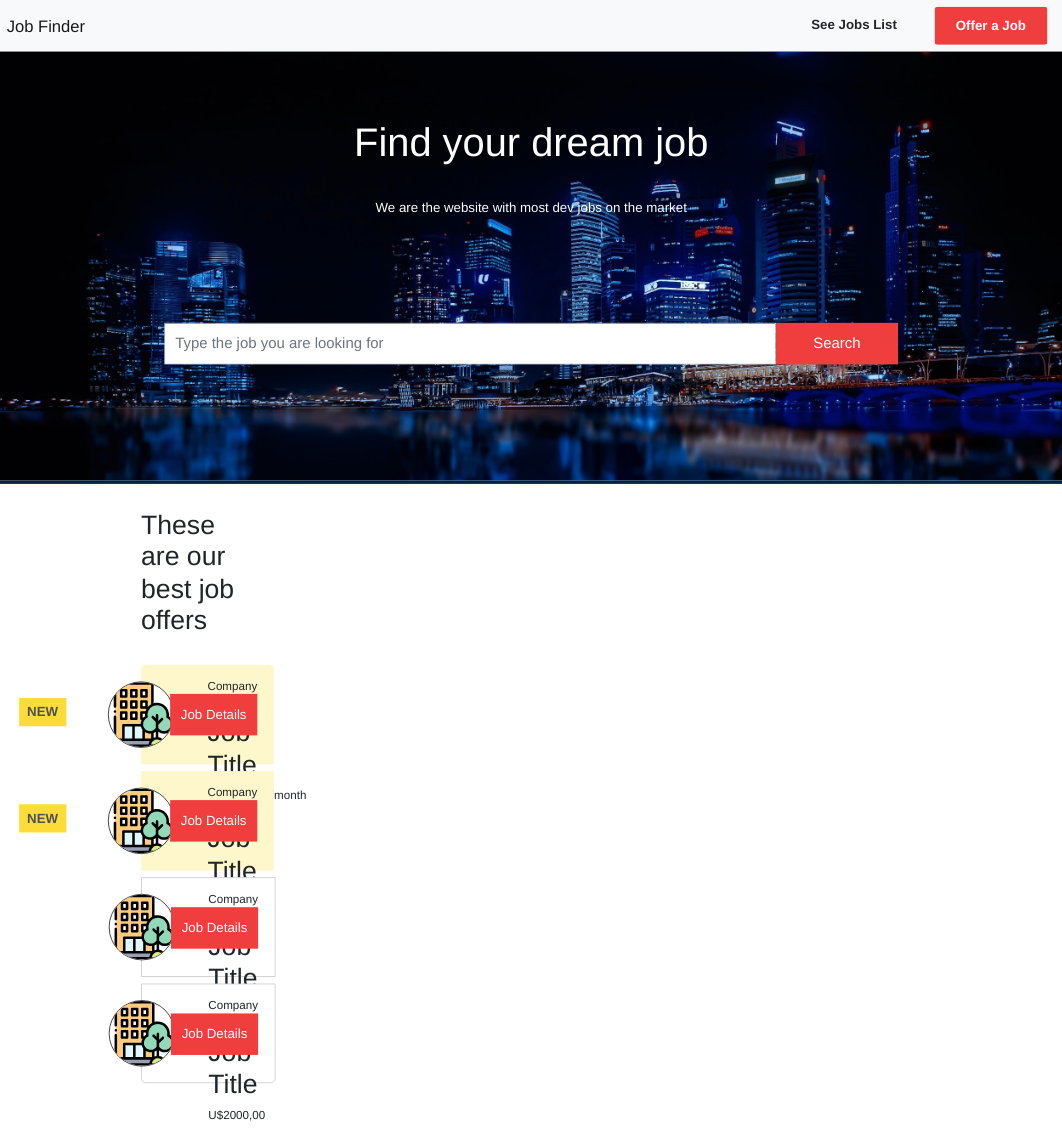
Repository: doncsar/couse-jobfinder-app
Page: templates/index.html
An editor plug-in stored every save of this project. The page is shown before and after the next save, followed by the edit.
The browser window is 1280 px wide. The pictures show the whole page, at 83% of full size.

Above is the page before, as saved 2023-12-20 19:43:23.

After the next save:
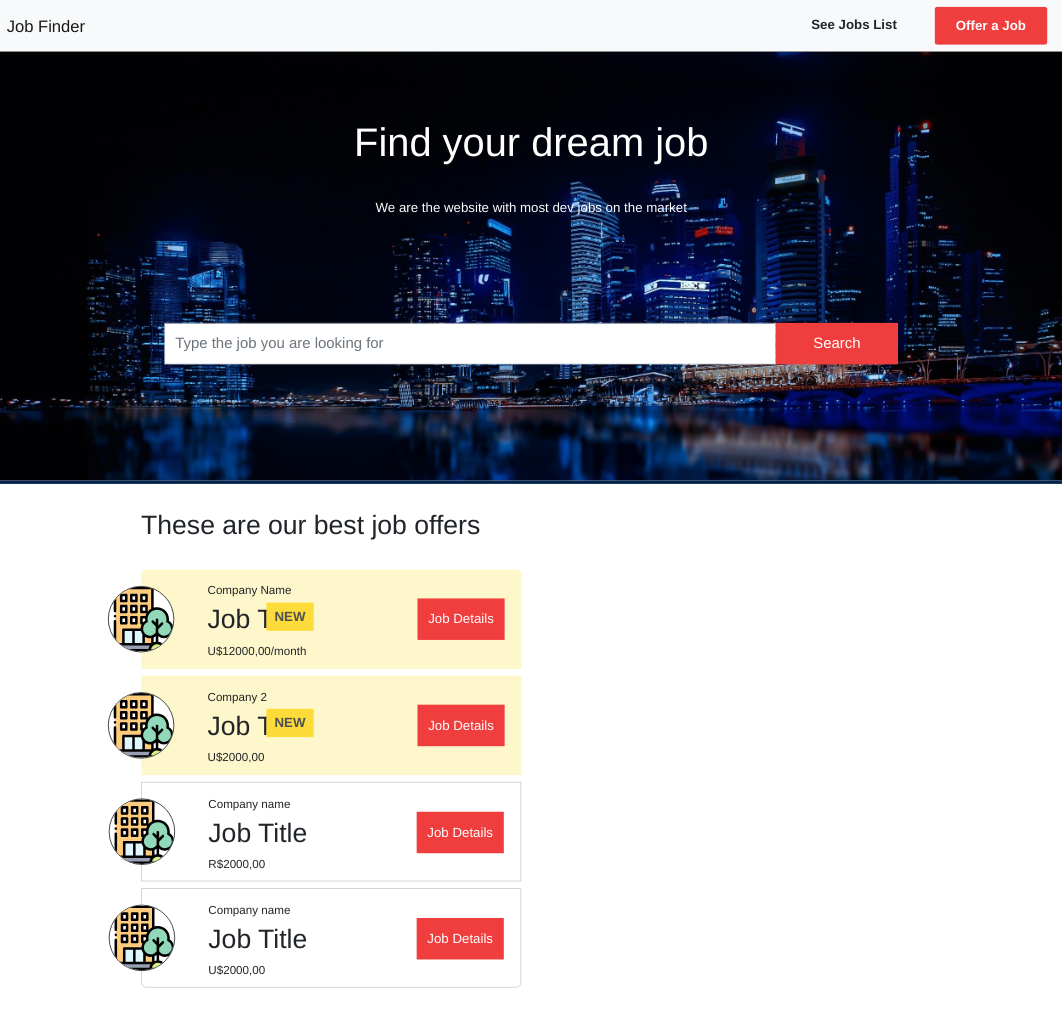
Saved 2 min 21 s later.
--- a/templates/index.html
+++ b/templates/index.html
@@ -69,7 +69,7 @@
       <main>
          <div id="jobs-container" class="container">
             <div class="row">
-               <div class="col-md-2">
+               <div class="col-md-6">
                   <h2 id="job-list-title">These are our best job offers</h2>
                   <ul id="job-list" class="list-group">
                      <li class="new-job list-group-item">
